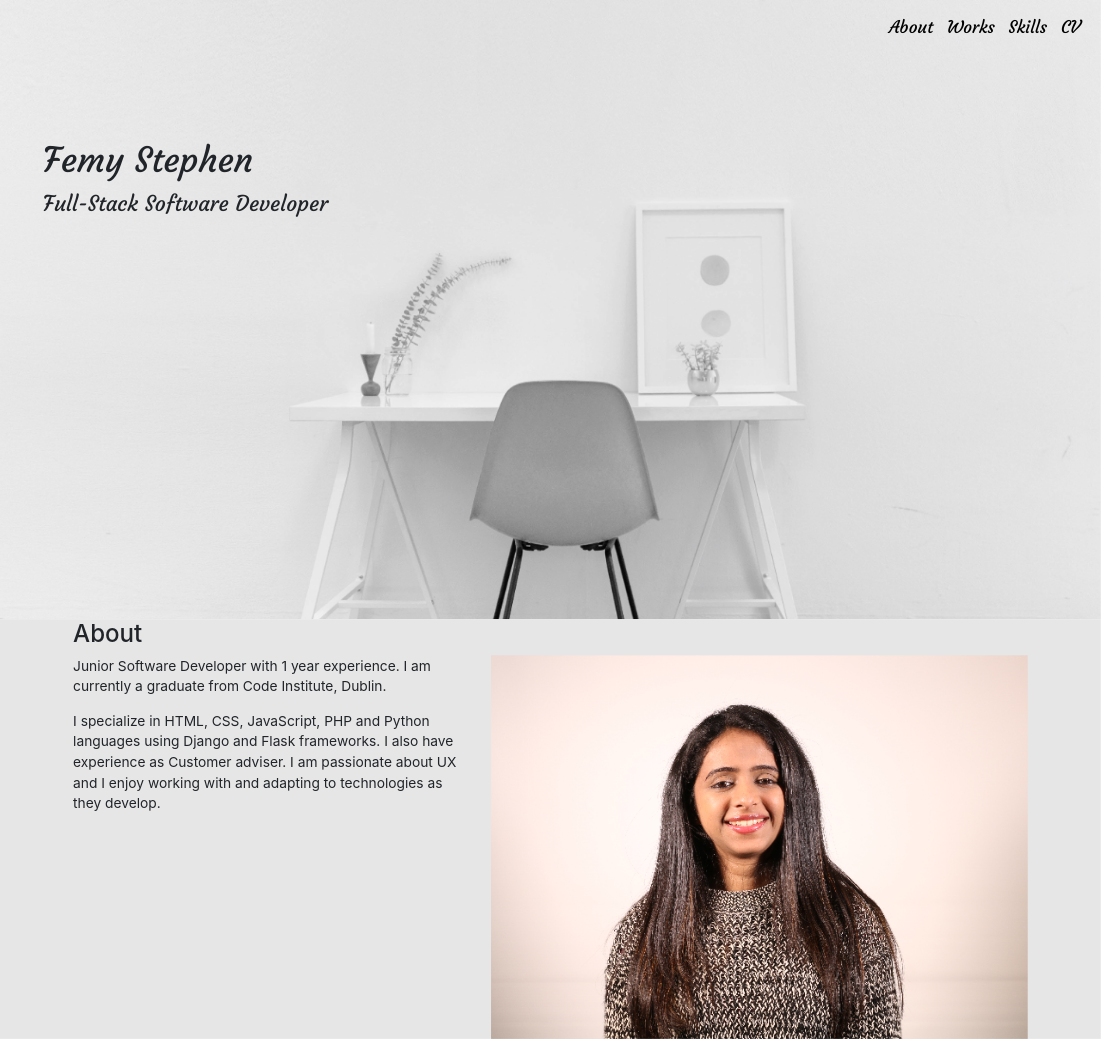
Repository: femy16/FemyStephen
Page: index.html
The author's editor kept a record of every edit. The page is drawn from the files as they stood at one moment, then again after the next edit.
The browser window is 1280 px wide. The pictures show the whole page, at 86% of full size.
Backgrounds fixed to the window are drawn as part of the page. Some web libraries are served in a nearby version.

Above is the page before.
Not found: hover.css

After the next edit:
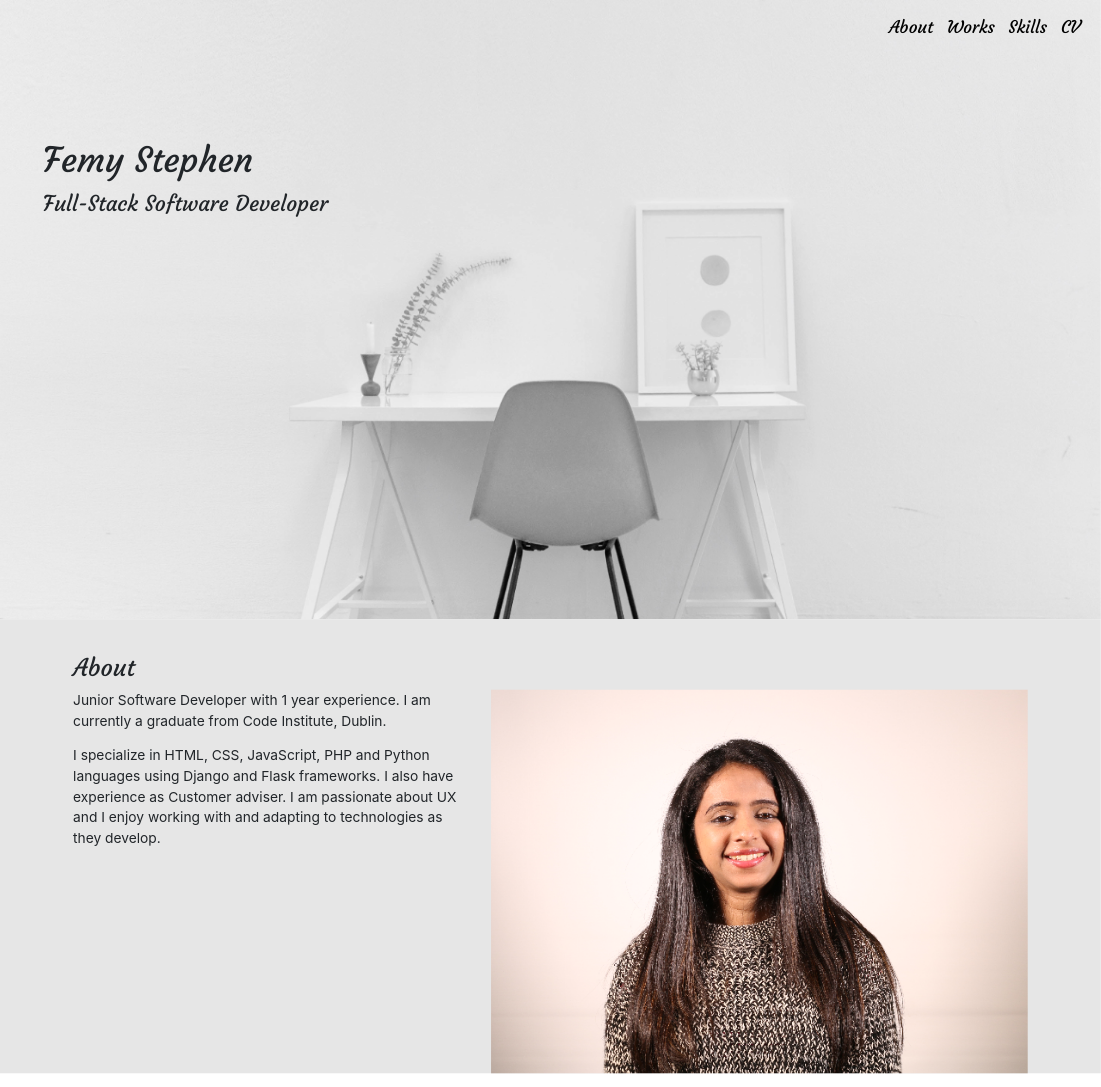
The edit:
--- a/index.html
+++ b/index.html
@@ -15,17 +15,17 @@
 </head>
 
 <body>
-   <header id="landing-view">
+    <header id="landing-view">
 
 
         <nav class="navbar navbar-expand-md navbar-masthead navbar-default navbar-fixed-top">
-                <div class="container topmenu">
+            <div class="container topmenu">
 
 
-            <button class="navbar-toggler" type="button" data-toggle="collapse" data-target="#collapsibleNavbar">
+                <button class="navbar-toggler" type="button" data-toggle="collapse" data-target="#collapsibleNavbar">
     <span class="fa fa-bars" ></span>
   </button>
-  </div>
+            </div>
             <div class="collapse navbar-collapse" id="collapsibleNavbar">
                 <ul class="navbar-nav">
                     <li class="nav-item">
@@ -43,27 +43,30 @@
                 </ul>
             </div>
         </nav>
-<div class="headercontainer">
-    <h1 class="name">Femy Stephen</h1>
-    <p class="title">Full-Stack Software Developer</p>
+        <div class="headercontainer">
+            <h1 class="name">Femy Stephen</h1>
+            <p class="title">Full-Stack Software Developer</p>
 
-</div>
+        </div>
 
     </header>
     <!--<div class="spacer"></div>-->
     <main>
-      <div id="about">
-          <div class="container">
-          <h3>About</h3>
-          <div class="row">
-          <p><div class="col">
-          <p>Junior Software Developer with 1 year experience. I am currently a graduate from Code Institute, Dublin.</p>
-<p>I specialize in HTML, CSS, JavaScript, PHP and Python languages using Django and Flask frameworks. I also have experience as Customer adviser.
-I am passionate about UX and I enjoy working with and adapting to technologies as they develop.</p>
-</div>
-<div class="col"><img src="images/fmimg.JPG"></div></div>
-</p>
-      </div>
+        <div id="about">
+            <div class="container">
+                <h3 class="abouthead">About</h3>
+                <div class="row">
+                    <p>
+                        <div class="col">
+                            <p>Junior Software Developer with 1 year experience. I am currently a graduate from Code Institute, Dublin.</p>
+                            <p>I specialize in HTML, CSS, JavaScript, PHP and Python languages using Django and Flask frameworks. I also have experience as Customer adviser. I am passionate about UX and I enjoy working with and adapting to technologies as
+                                they develop.</p>
+                        </div>
+                        <div class="col"><img src="images/fmimg.JPG"></div>
+                </div>
+                </p>
+            </div>
+        </div>
 
     </main>
 
